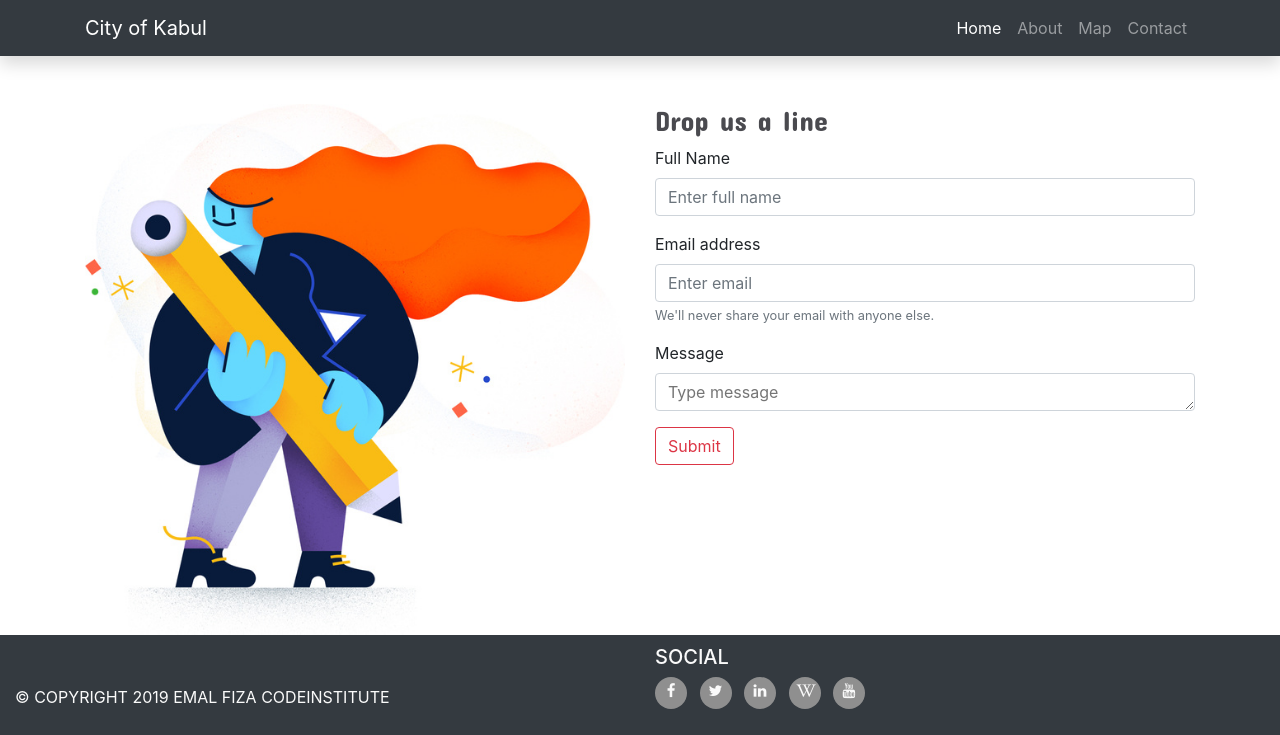
Repository: emalfiza/project-kabul
Page: contact.html
The author's editor kept a record of every edit. The page is drawn from the files as they stood at one moment, then again after the next edit.
The browser window is 1280 px wide. The pictures show the whole page.

Above is the page before.

After the next edit:
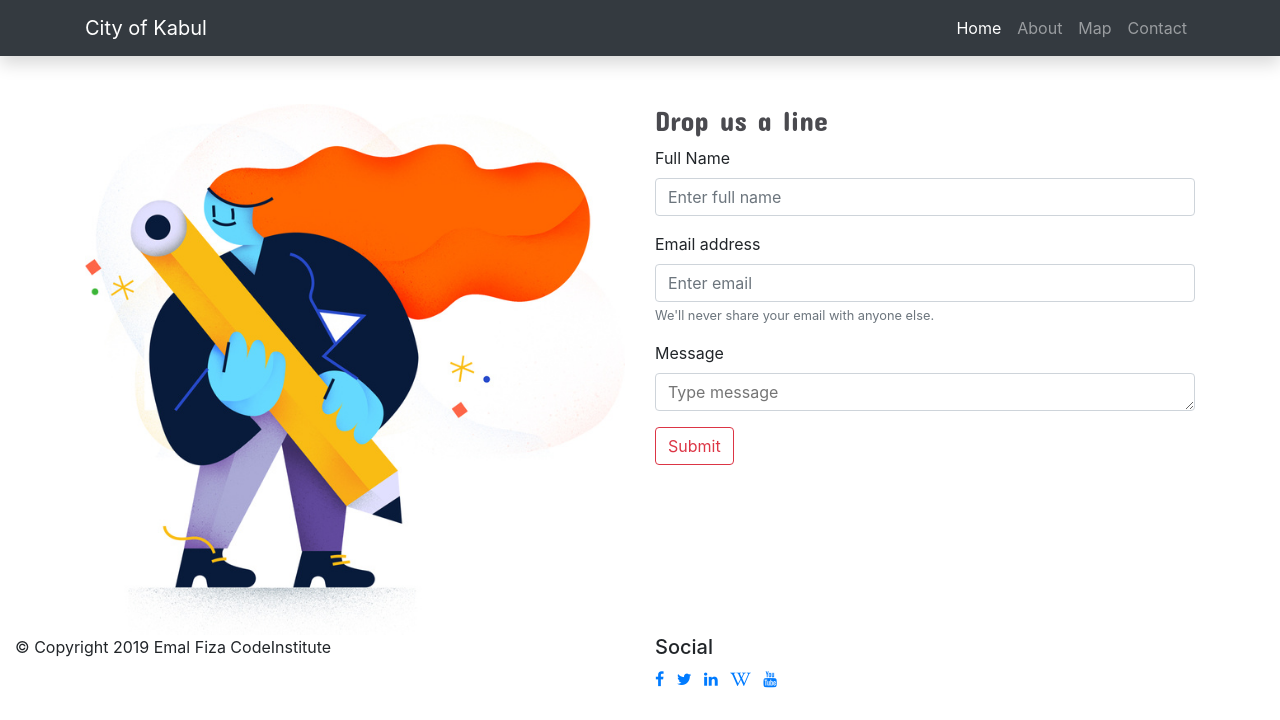
The edit:
--- a/assets/css/style.css
+++ b/assets/css/style.css
@@ -125,9 +125,6 @@
   border: 1px solid #ced4da;
   border-radius: .25rem;
   transition: border-color .15s ease-in-out, box-shadow .15s ease-in-out;
-}
-
-}
 
 /* -----------------------------------------------------Map --*/
 
